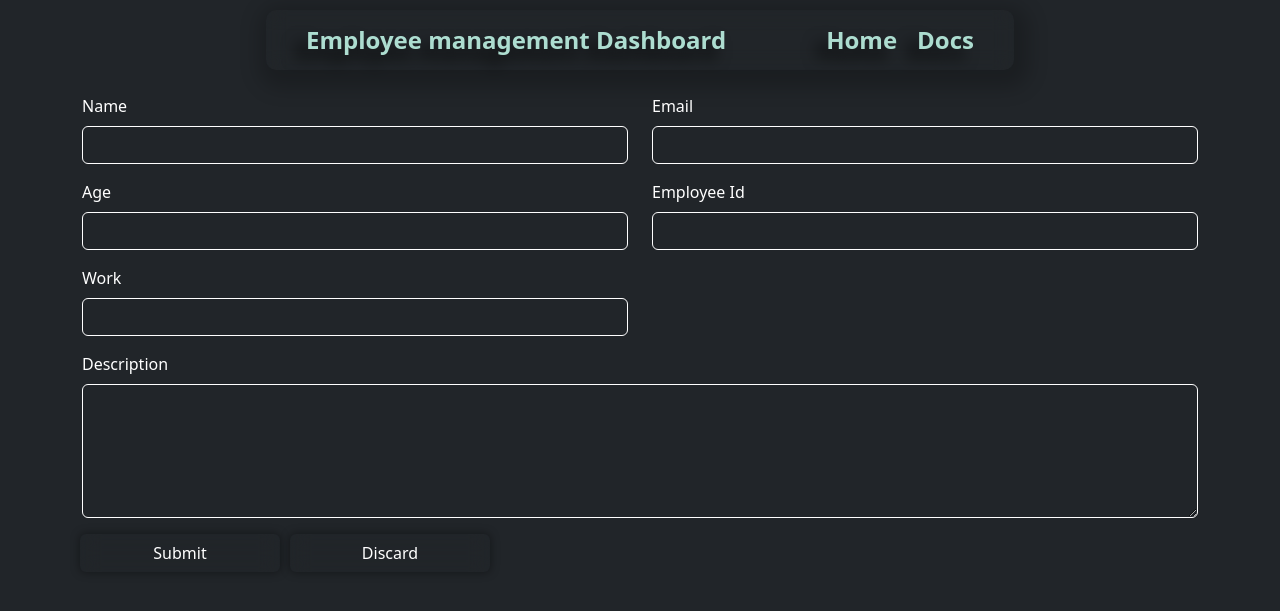
Repository: iamevs/Employee-Management-System
Page: /register (app in client/)
The author's editor kept a copy of each file at every save. The page is drawn from the files as they stood at one save, then again after the next save.
The browser window is 1280 px wide. The pictures show the whole page.
The project was rebuilt for these pictures with package versions that can differ from the ones it lists, and the page was loaded fresh each time. Also part of the build but not shown: client/vite.config.js, client/src/components/Home.jsx, client/src/components/Edit.jsx, client/src/components/Hero.jsx. Imported but missing from the stored project, and not drawn on this page: client/src/components/Details.

Above is the page before, as saved 2022-11-29 00:51:02.

### client/index.html
<html lang="en">
  <head>
    <meta charset="UTF-8" />
    <link rel="icon" type="image/svg+xml" href="/vite.svg" />
    <meta name="viewport" content="width=device-width, initial-scale=1.0" />
    <title>employee-management</title>
  </head>
  <body>
    <div id="root"></div>
    <script type="module" src="/src/main.jsx"></script>
  </body>
</html>

### client/src/main.jsx
import React, { StrictMode } from 'react';
import ReactDOM from 'react-dom';
import { createRoot } from "react-dom/client";
import './index.css';
import App from './App';
import { BrowserRouter } from "react-router-dom"
import ContextProvider from "./components/context/ContextProvider";
// root.render(
//   <StrictMode>
//   <ContextProvider>
//     <BrowserRouter>
//       <App />
//     </BrowserRouter>
//   </ContextProvider>
//   </StrictMode>
//   ,
//   document.getElementById('root')
// );


createRoot(document.getElementById('root')).render(
  <ContextProvider>
    <BrowserRouter>
      <App />
    </BrowserRouter>
  </ContextProvider>
)

### client/src/index.css
body {
  margin: 0;
  font-family: -apple-system, BlinkMacSystemFont, 'Segoe UI', 'Roboto', 'Oxygen',
    'Ubuntu', 'Cantarell', 'Fira Sans', 'Droid Sans', 'Helvetica Neue',
    sans-serif;
  -webkit-font-smoothing: antialiased;
  -moz-osx-font-smoothing: grayscale;
  background-color: #212529 !important;
  color: #fff !important;
}

code {
  font-family: source-code-pro, Menlo, Monaco, Consolas, 'Courier New',
    monospace;
}

.btns{
  display: flex;
  justify-content: space-between;
}

.btns > .tool, .tool{
  /* border: 1px solid #fff; */
  backdrop-filter: blur(10px);
  box-shadow: 0px 0px 9px 1px rgb(0 0 0 / 35%);
}

.form-control{
  background-color: #212529 !important;
  color: #C8DBBE !important;
  border: 1px solid #fff !important;
}

### client/src/App.jsx
import './App.css';
import "../node_modules/bootstrap/dist/css/bootstrap.min.css"
import "../node_modules/bootstrap/dist/js/bootstrap.bundle.min.js"
import Navbar from './components/Navbar';
import Home from './components/Home';
import Register from './components/Register';
import Edit from './components/Edit';
import Details from './components/Details';
import Hero from "./components/Hero.jsx";
import {Routes,Route} from "react-router-dom"




function App() {
  return (
   <>
    <Navbar />
    <Routes>
      <Route path="/" element={<Hero/>} />
      <Route  path="/home" element={<Home/>} />
      <Route exact path="/register" element={<Register/>} />
      <Route exact path="/edit/:id" element={<Edit/>} />
      <Route exact path="/view/:id" element={<Details/>} />
    </Routes>

   </>
  );
}

export default App;

### client/src/components/context/ContextProvider.jsx
import React, { createContext, useState } from 'react'


export const adddata = createContext("");
export const updatedata = createContext("");
export const deldata = createContext("");

const ContextProvider = ({ children }) => {

    const [udata, setUdata] = useState("");
    const [updata, setUPdata] = useState("");
    const [dltdata, setDLTdata] = useState("");


    return (
        <adddata.Provider value={{ udata, setUdata }}>
            <updatedata.Provider value={{ updata, setUPdata }}>
                <deldata.Provider value={{dltdata, setDLTdata}}>
                    {children}
                </deldata.Provider>

            </updatedata.Provider>

        </adddata.Provider>
    )
}

export default ContextProvider;

### client/src/App.css
.add_btn{
  text-align: right;
}

.container{
  overflow: auto;
}

.left_view h3{
  font-size: 21px;
}

.left_view p{
  font-weight: 600;
}

.left_view span{
  font-weight: 400;
}

.right_view p{
  font-weight: 600;
}


.right_view span{
  font-weight: 400;
}

### client/src/components/Navbar.jsx
import React from 'react'
import { NavLink } from 'react-router-dom'
import { Box, Stack } from "@mui/material";


const Navbar = () => {
    return (
        <Stack justifyContent={"center"} direction={"row"} marginTop={"10px"}>
            <Box justifyContent={"space-between"} alignItems={"center"} className="navbar navbar-expand-lg text-white" sx={{
                backgroundColor: "transparent",
                backdropFilter: "blur(10px) !important",
                position: "relative",
                color: "white",
                boxShadow: "4px 7px 20px 11px rgb(0 0 0 / 20%)",
                height: "60px",
                padding: "0 40px 0 40px",
                width: "auto",
                borderRadius: "10px"
            }}>
                <Box sx={{
                    fontSize: "1.5rem",
                    color: "#ADDDD0",
                    fontWeight: "600",
                    textShadow: "-10px 10px 15px rgba(0, 0, 0, 0.8)",
                    marginRight: "100px"
                }}>Employee management Dashboard</Box>
                <Box direction={"row"}>
                    <a href="/home" style={{
                        fontSize: "1.5rem",
                        color: "#ADDDD0",
                        fontWeight: "600",
                        textShadow: "-10px 10px 15px rgba(0, 0, 0, 0.8)",
                        textDecoration: "none",
                    }}>Home</a>
                    <a href="/" style={{
                        fontSize: "1.5rem",
                        color: "#ADDDD0",
                        fontWeight: "600",
                        textShadow: "-10px 10px 15px rgba(0, 0, 0, 0.8)",
                        textDecoration: "none",
                        marginLeft: "20px"
                    }}>Docs</a>

                </Box>
            </Box>
        </Stack>
    )
}

export default Navbar

### client/src/components/Register.jsx
import React, { useContext, useState } from 'react'
import { NavLink, useNavigate } from 'react-router-dom'
import { adddata } from './context/ContextProvider';

var link = "http://localhost:8001/create";

const Register = () => {

    const { udata, setUdata } = useContext(adddata);

    const history = useNavigate();

    const [inpval, setINP] = useState({
        name: "",
        email: "",
        age: "",
        mobile: "",
        work: "",
        desc: ""
    })

    const setdata = (e) => {
        console.log(e.target.value);
        const { name, value } = e.target;
        setINP((preval) => {
            return {
                ...preval,
                [name]: value
            }
        })
    }


    const addinpdata = async (e) => {
        e.preventDefault();

        const { name, email, work, mobile, desc, age } = inpval;


        if (name == "") {
            alert("name is required")
        } else if (email == "") {
            alert("email is required")
        } else if (!email.includes("@")) {
            alert("enter valid email")
        } else if (work == "") {
            alert("work is required")
        } else if (mobile == "") {
            alert("emp id is required")
        } else if (age == "") {
            alert("age is required")
        } else {

            const res = await fetch(link, {
                method: "POST",
                headers: {
                    "Content-Type": "application/json"
                },
                body: JSON.stringify({
                    name, email, work, mobile, desc, age
                })
            });

            const data = await res.json();
            console.log(data);

            if (res.status === 422 || !data) {
                console.log("error ");
                alert("error");

            } else {
                history("/home");
                setUdata(data)
                console.log("data added");

            }
        }

    }

    return (
        <div className="container">
            <form className="mt-4">
                <div className="row">
                    <div class="mb-3 col-lg-6 col-md-6 col-12">
                        <label for="exampleInputEmail1" class="form-label">Name</label>
                        <input type="text" value={inpval.name} onChange={setdata} name="name" class="form-control" id="exampleInputEmail1" aria-describedby="emailHelp" />
                    </div>
                    <div class="mb-3 col-lg-6 col-md-6 col-12">
                        <label for="exampleInputPassword1" class="form-label">Email</label>
                        <input type="email" value={inpval.email} onChange={setdata} name="email" class="form-control" id="exampleInputPassword1" />
                    </div>
                    <div class="mb-3 col-lg-6 col-md-6 col-12">
                        <label for="exampleInputPassword1" class="form-label">Age</label>
                        <input type="text" value={inpval.age} onChange={setdata} name="age" class="form-control" id="exampleInputPassword1" />
                    </div>
                    <div class="mb-3 col-lg-6 col-md-6 col-12">
                        <label for="exampleInputPassword1" class="form-label">Employee Id</label>
                        <input type="number" value={inpval.mobile} onChange={setdata} name="mobile" class="form-control" id="exampleInputPassword1" />
                    </div>
                    <div class="mb-3 col-lg-6 col-md-6 col-12">
                        <label for="exampleInputPassword1" class="form-label">Work</label>
                        <input type="text" value={inpval.work} onChange={setdata} name="work" class="form-control" id="exampleInputPassword1" />
                    </div>
                    <div class="mb-3 col-lg-12 col-md-12 col-12">
                        <label for="exampleInputPassword1" class="form-label">Description</label>
                        <textarea name="desc" value={inpval.desc} onChange={setdata} className="form-control" id="" cols="30" rows="5"></textarea>
                    </div>

                    <button type="submit" onClick={addinpdata} class="btn text-white tool" style={{width: "200px", marginLeft: "10px"}}>Submit</button>
                    <a href="/home" className="btn text-white tool" style={{width: "200px", marginLeft: "10px"}}>Discard</a>
                </div>
            </form>
        </div>
    )
}
export default Register;

After the next save:
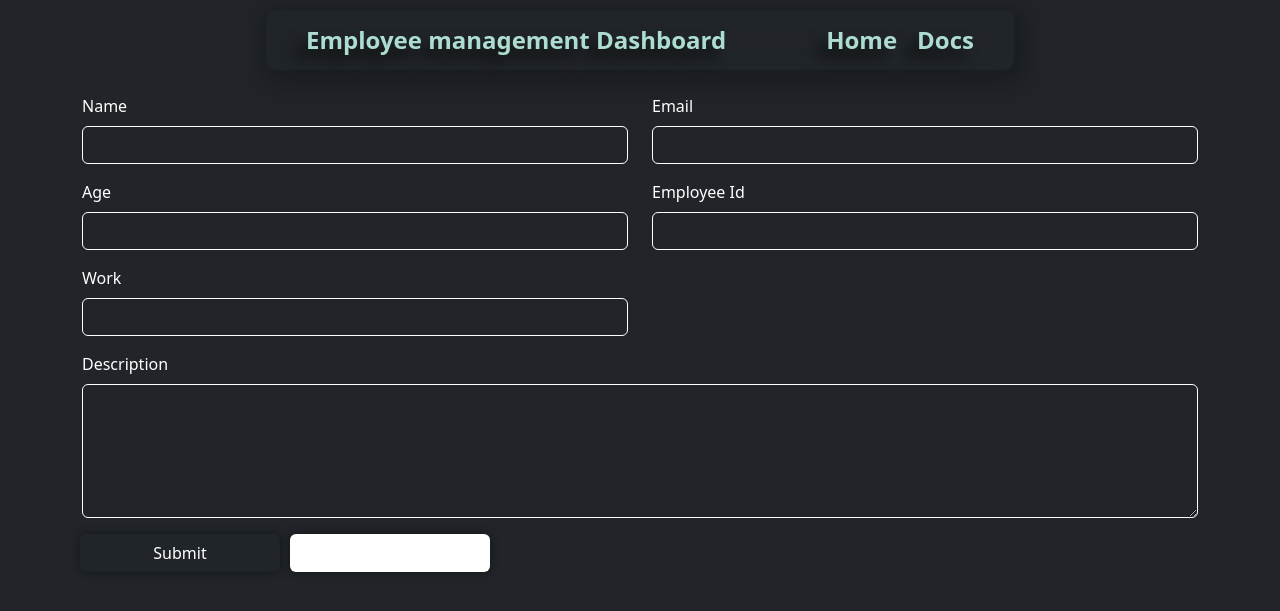
Saved 36 s later.
--- a/client/src/components/Register.jsx
+++ b/client/src/components/Register.jsx
@@ -108,7 +108,7 @@ const Register = () => {
                     </div>
 
                     <button type="submit" onClick={addinpdata} class="btn text-white tool" style={{width: "200px", marginLeft: "10px"}}>Submit</button>
-                    <a href="/home" className="btn text-white tool" style={{width: "200px", marginLeft: "10px"}}>Discard</a>
+                    <a href="/home" className="btn text-white tool" style={{width: "200px", marginLeft: "10px", backgroundColor: "#fff"}}>Discard</a>
                 </div>
             </form>
         </div>
